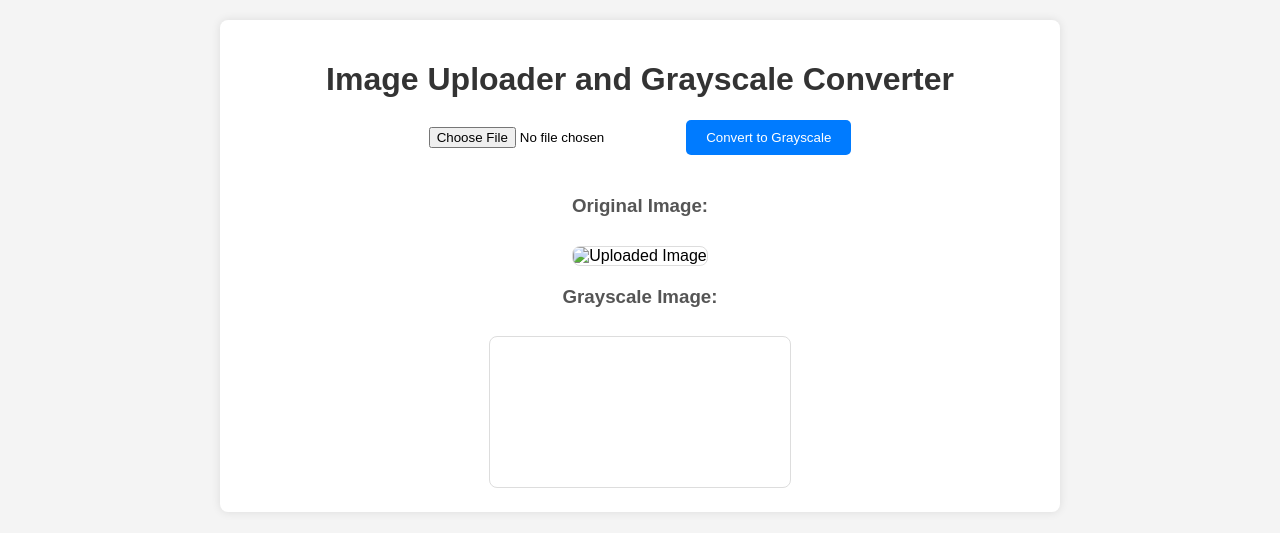
Repository: zakhildev/zadania-rekrutacyjne
Page: js/index.html
These files come from the project's save history. The page is drawn as it stood at one moment and after the next save; the edit follows.
The browser window is 1280 px wide. The pictures show the whole page.

Above is the page before, as saved 2024-10-13 13:12:28.

After the next save:
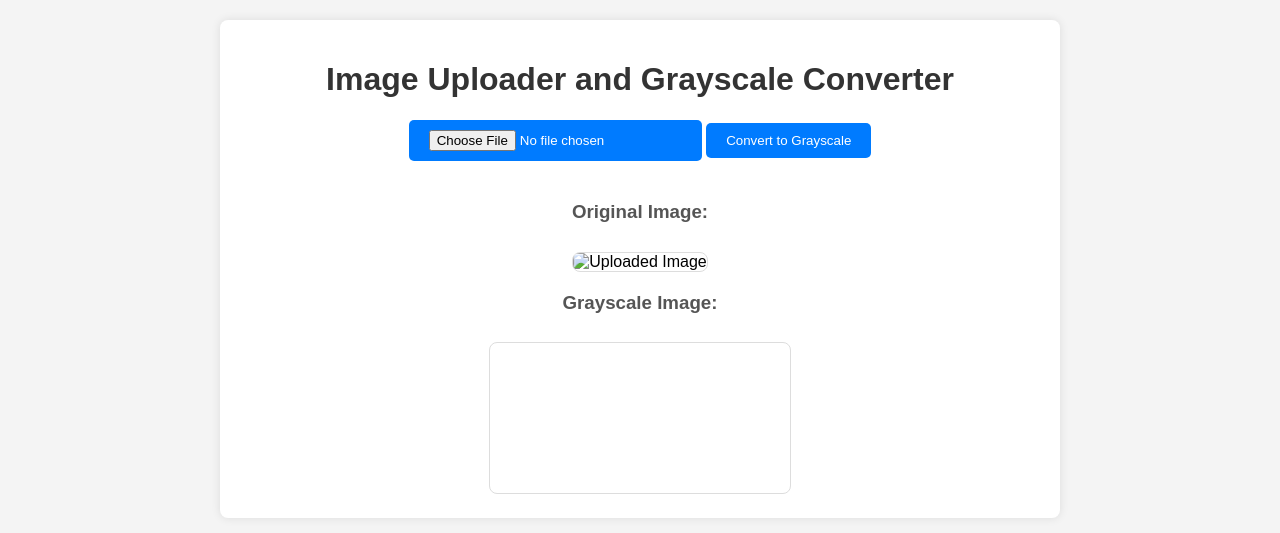
Saved 5 min 27 s later.
--- a/js/index.css
+++ b/js/index.css
@@ -20,6 +20,12 @@
 }
 
 input[type="file"] {
+    background-color: #007bff;
+    color: white;
+    padding: 10px 20px;
+    border: none;
+    cursor: pointer;
+    border-radius: 5px;
     margin-bottom: 20px;
 }
 

After the save that followed:
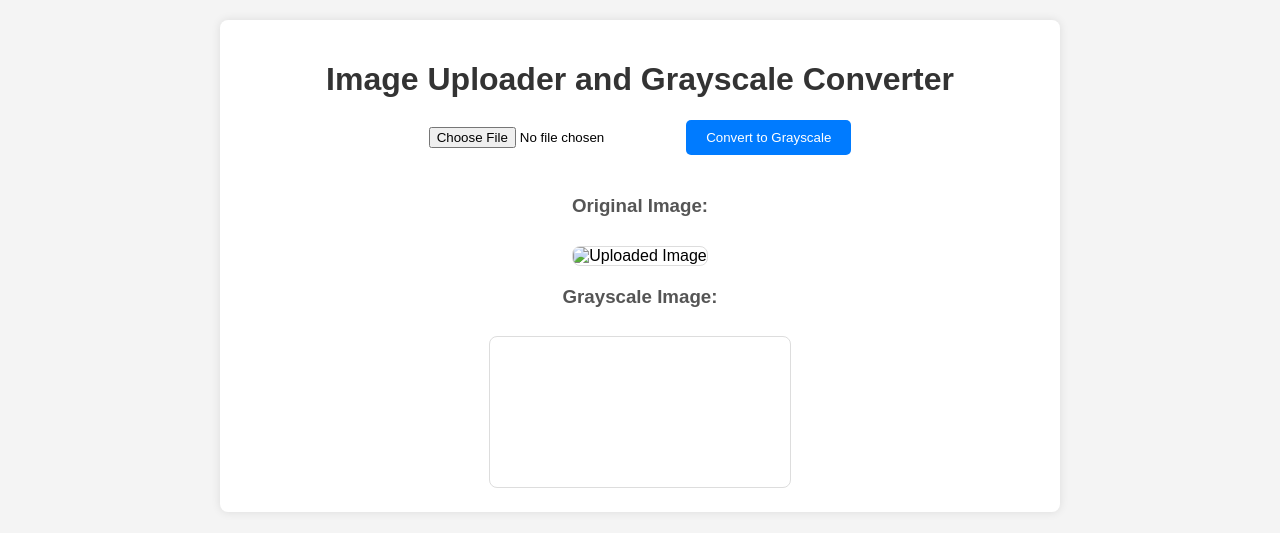
Saved 17 s later.
--- a/js/index.css
+++ b/js/index.css
@@ -20,12 +20,6 @@
 }
 
 input[type="file"] {
-    background-color: #007bff;
-    color: white;
-    padding: 10px 20px;
-    border: none;
-    cursor: pointer;
-    border-radius: 5px;
     margin-bottom: 20px;
 }
 
